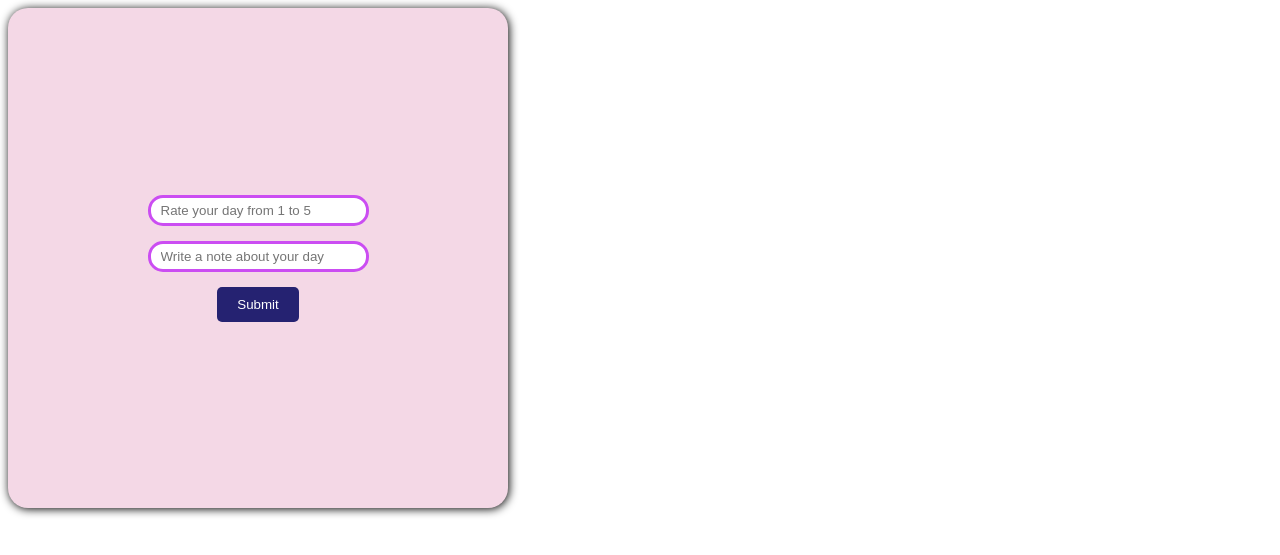
Repository: elenav24/RateMyDay
Page: frontend/index.html
These files come from the project's save history. The page is drawn as it stood at one moment and after the next save; the edit follows.
The browser window is 1280 px wide. The pictures show the whole page.

Above is the page before, as saved 2025-05-15 01:28:15.

After the next save:
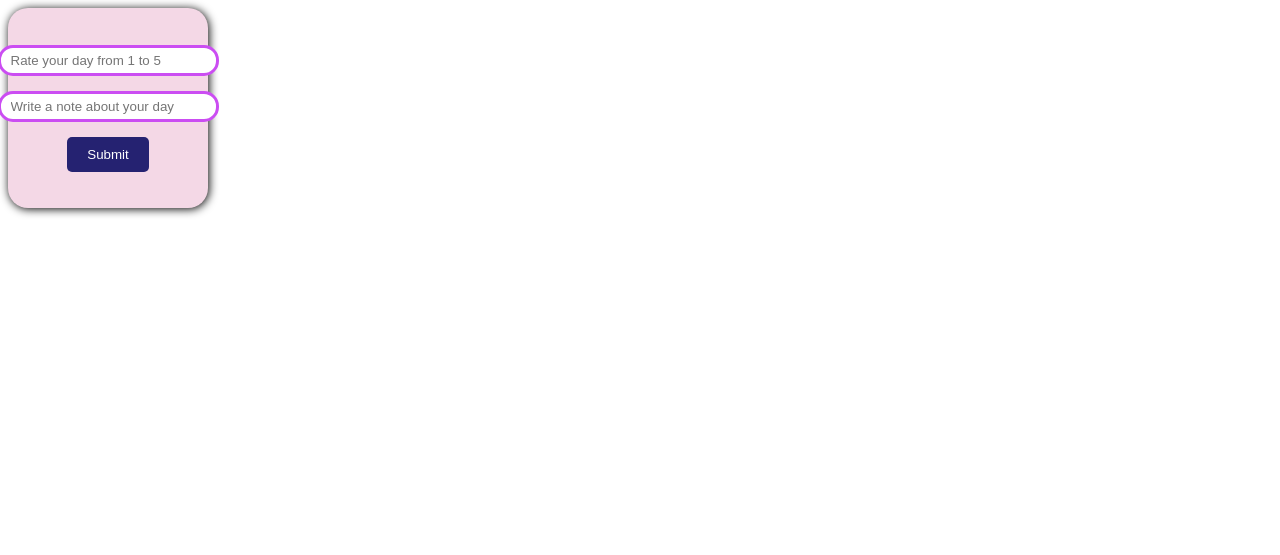
Saved 22 s later.
--- a/frontend/style.css
+++ b/frontend/style.css
@@ -3,8 +3,8 @@
     flex-direction: column;
     align-items: center;
     justify-content: center;
-    width: 500px;
-    height: 500px;
+    width: 200px;
+    height: 200px;
     box-shadow: 1px 1px 10px #000;
     border-radius: 20px;
     background-color: #f4d8e6;
